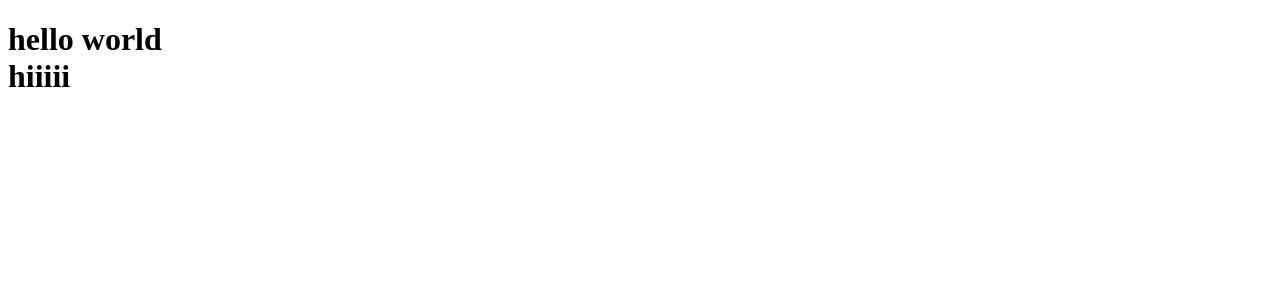
Repository: poornimakole/PRJS
Page: http://localhost/SpringMVC/home
An editor plug-in stored every save of this project. The page is shown before and after the next save, followed by the edit.
The browser window is 1280 px wide. The pictures show the whole page.
The page is served by Tomcat 9. Other server files are loaded and not shown.

Above is the page before, as saved 2017-12-15 05:41:30.

### Spring/SpringMVC/WebContent/WEB-INF/pages/home.jsp
<%@ page language="java" contentType="text/html; charset=ISO-8859-1"
    pageEncoding="ISO-8859-1"%>
<!DOCTYPE html PUBLIC "-//W3C//DTD HTML 4.01 Transitional//EN" "http://www.w3.org/TR/html4/loose.dtd">
<html>
<head>
<meta http-equiv="Content-Type" content="text/html; charset=ISO-8859-1">
<title>Insert title here</title>
</head>
<body>
   <h1>hello world<br>${message}</h1>
</body>
</html>

After the next save:
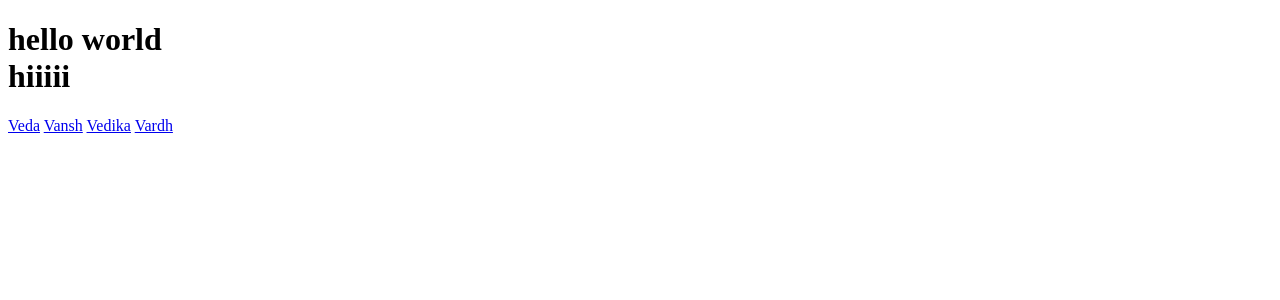
Saved 16 min 6 s later.
--- a/Spring/SpringMVC/WebContent/WEB-INF/pages/home.jsp
+++ b/Spring/SpringMVC/WebContent/WEB-INF/pages/home.jsp
@@ -8,5 +8,9 @@
 </head>
 <body>
    <h1>hello world<br>${message}</h1>
+   <a href="http://localhost:8080/SpringMVC/veda">Veda</a>
+   <a href="http://localhost:8080/SpringMVC/vansh">Vansh</a>
+   <a href="http://localhost:8080/SpringMVC/vedika">Vedika</a>
+   <a href="http://localhost:8080/SpringMVC/vardh">Vardh</a>
 </body>
 </html>
